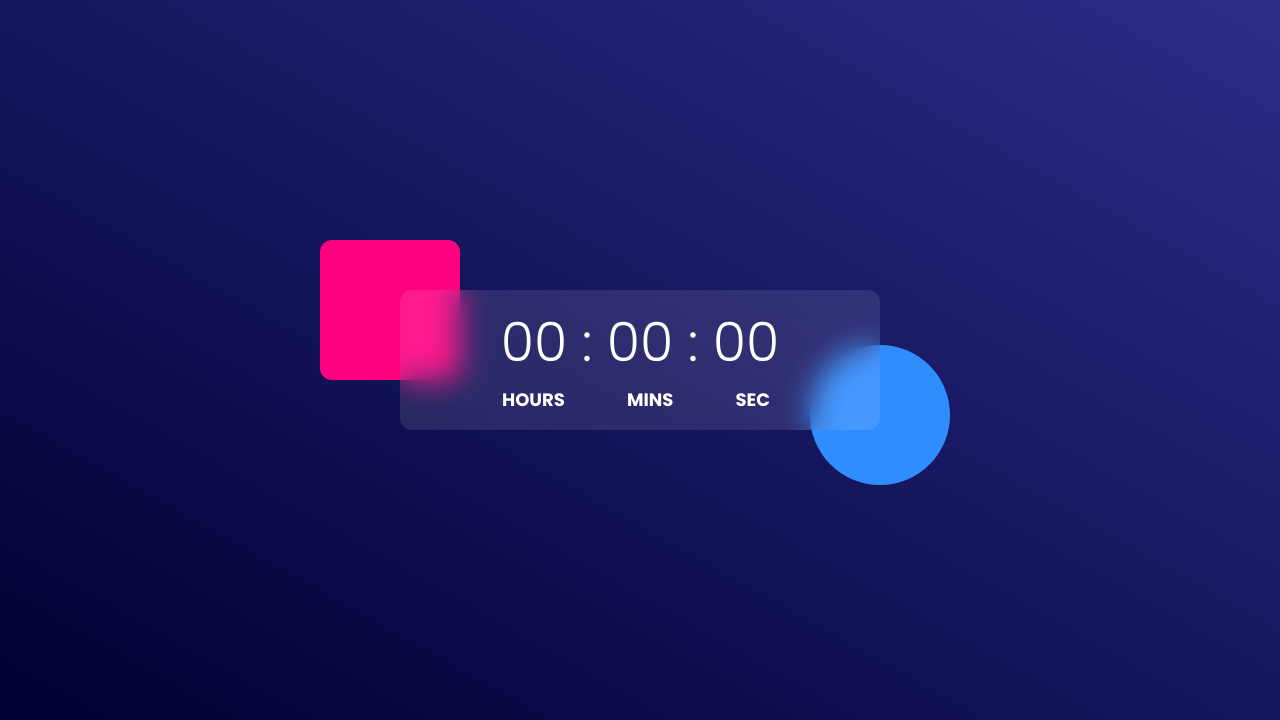
Repository: Ankitkr2021/Digital_Clock
Page: index.html
The author's editor kept a copy of each file at every save. The page is drawn from the files as they stood at one save, then again after the next save.
The browser window is 1280 px wide. The pictures show the whole page.

Above is the page before, as saved 2025-10-26 03:52:24.

After the next save:
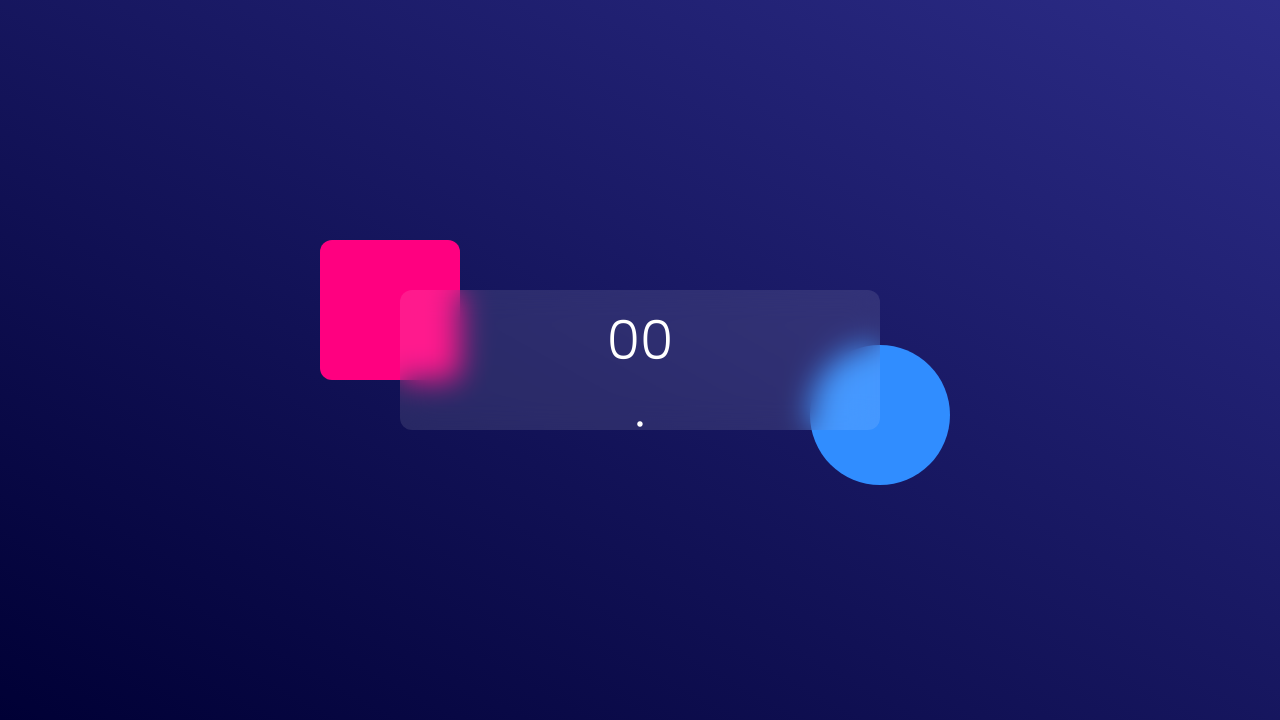
Saved 22 s later.
--- a/index.html
+++ b/index.html
@@ -9,7 +9,11 @@
 <body>
     <div class="pink"></div>
     <div class="clock">
-        <span>00 : 00 : 00</span>
+        <span>00</span>
+        <span>:</span>
+        <span>00</span>
+        <span>:</span>
+        <span>00</span>
         <div class="bottom">
             <h4>HOURS</h4>
             <h4>MINS</h4>
